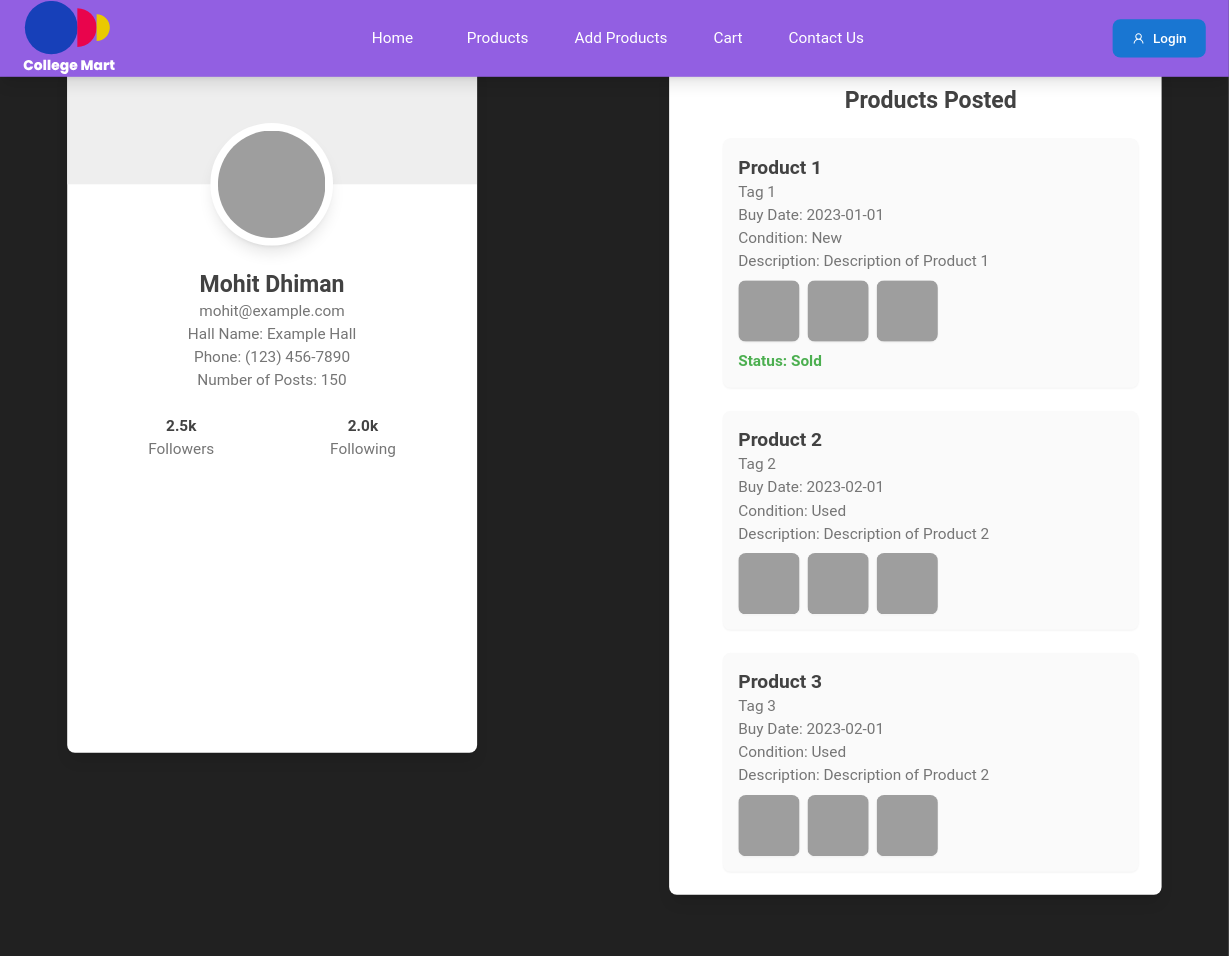
Repository: kumar1397/College-Mart
Page: /home/profile
An editor plug-in stored every save of this project. The page is shown before and after the next save, followed by the edit.
The browser window is 1280 px wide. The pictures show the whole page, at 96% of full size.
Pictures or frames that could not be fetched are drawn as grey boxes. Some web fonts or font styles are not loaded; a fallback is used. Some web libraries are served in a nearby version. The project was rebuilt for these pictures with package versions that can differ from the ones it lists, and the page was loaded fresh each time. Also part of the build but not shown: src/components/forgetPassword/forgetpassword.jsx, src/components/Auth.js, src/components/hero/Heronavbar.jsx, src/components/hero/footer.jsx, src/components/hero/Carousel.jsx, src/components/hero/Hero.jsx, src/components/new-home-page/header.jsx, src/components/new-home-page/footer_cont.jsx and 12 more.

Above is the page before, as saved 2024-07-15 16:01:22.

After the next save:
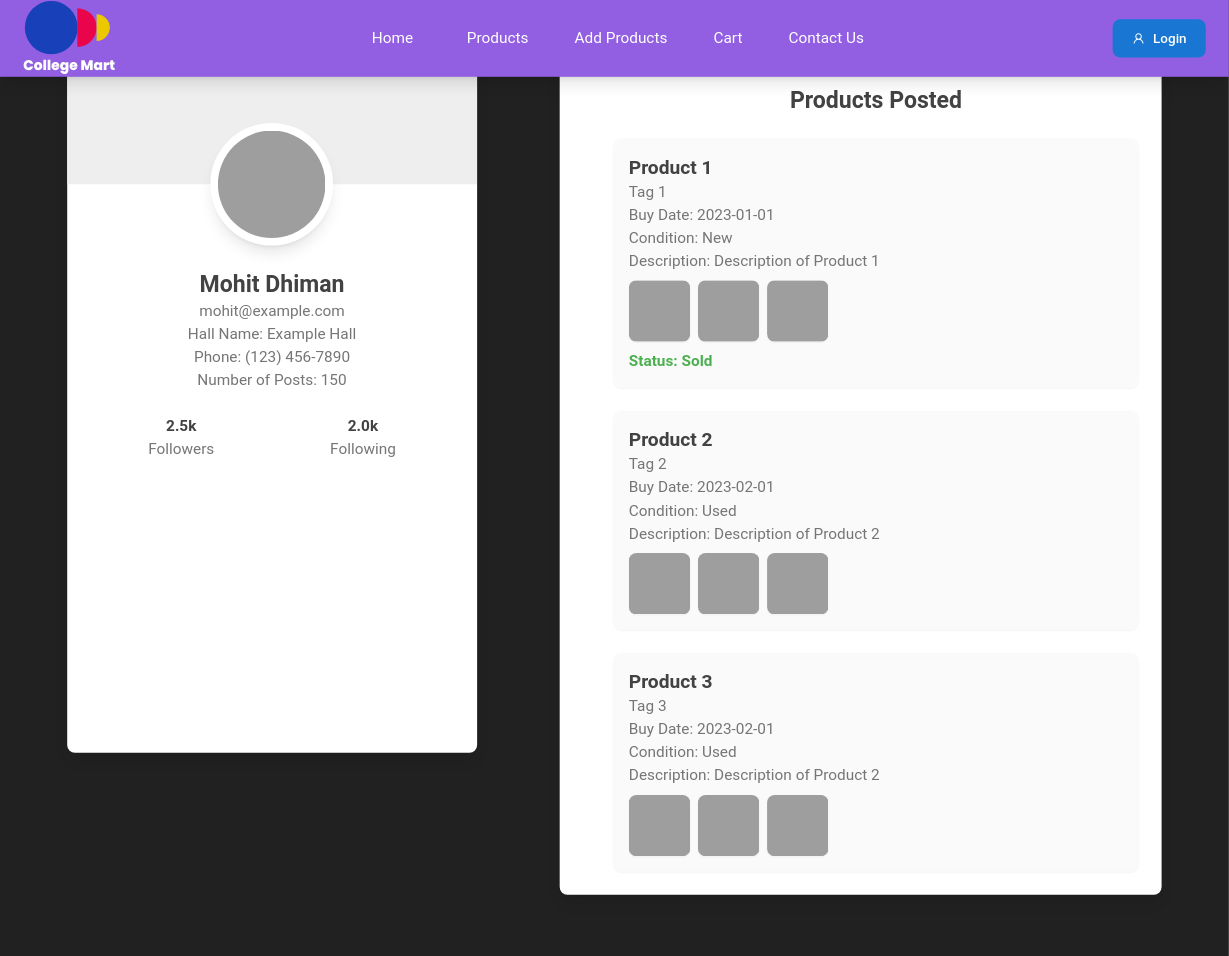
Saved 104 s later.
--- a/src/components/profile/profile.jsx
+++ b/src/components/profile/profile.jsx
@@ -39,7 +39,7 @@ export default function Profile() {
             <Navbar />
             <div className="bg-gray-900 min-h-screen flex">
                 <div className="container mx-auto my-16 flex">
-                    <div className="lg:w-1/3 bg-white rounded-lg shadow-lg overflow-hidden h-full fixed " style={{ marginRight: "55%" }}>
+                    <div className="lg:w-1/3 bg-white rounded-lg shadow-lg overflow-hidden h-full fixed " style={{ marginRight: "65%" }}>
                         <div className="h-32 bg-gray-200"></div>
                         <div className="flex justify-center -mt-16">
                             <img className="h-32 w-32 bg-white p-2 rounded-full shadow-lg" src="https://images.unsplash.com/photo-1535713875002-d1d0cf377fde?ixid=MnwxMjA3fDB8MHxwaG90by1wYWdlfHx8fGVufDB8fHx8&ixlib=rb-1.2.1&auto=format&fit=crop&w=2000&q=80" alt="Profile" />
@@ -63,7 +63,7 @@ export default function Profile() {
                         </div>
                     </div>
 
-                    <div className="lg:ml-1/3 w-full bg-white rounded-lg shadow-lg overflow-y-auto h-full pl-8" style={{ marginLeft: "55%" }}>
+                    <div className="lg:ml-1/3 w-full bg-white rounded-lg shadow-lg overflow-y-auto h-full pl-8" style={{ marginLeft: "45%" }}>
                         <div className="p-6">
                             <h2 className="text-2xl font-semibold text-gray-800 text-center">Products Posted</h2>
                             <div className="mt-6 space-y-6">
